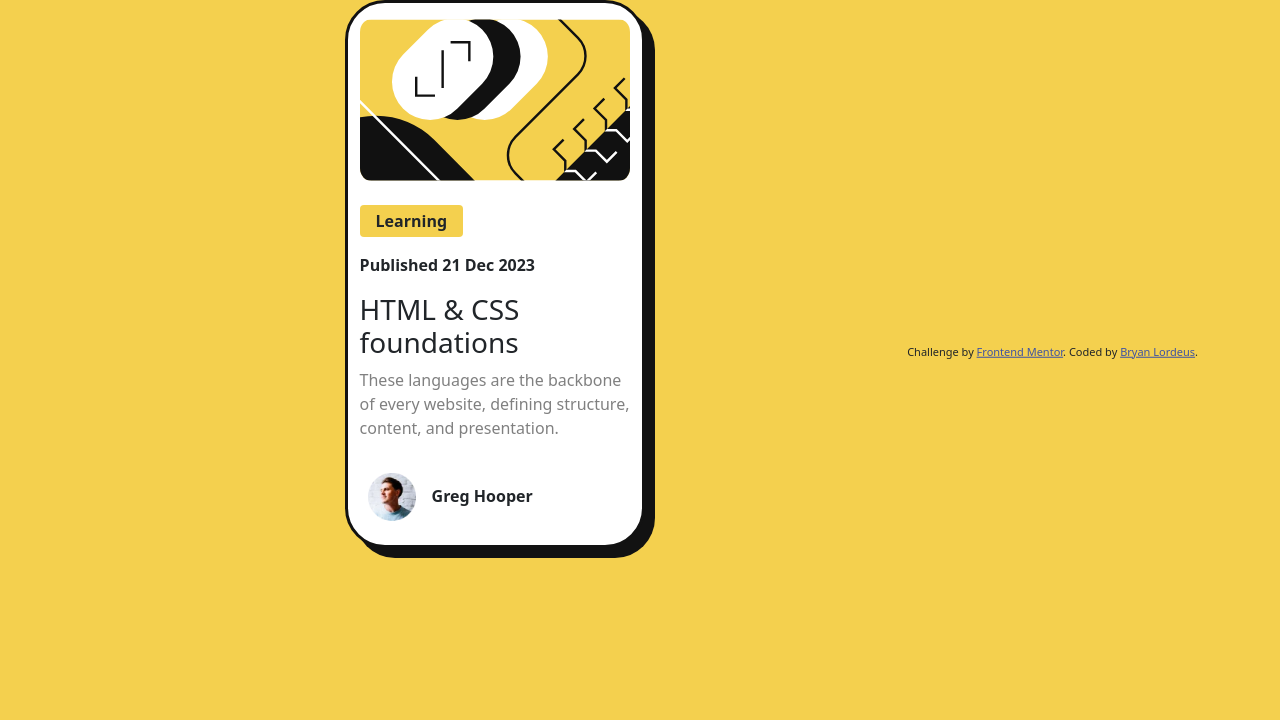
Repository: blordeus/blog-preview-card
Page: index.html
The author's editor kept a copy of each file at every save. The page is drawn from the files as they stood at one save, then again after a run of saves.
The browser window is 1280 px wide. The pictures show the whole page.
The style sheet was rebuilt from its Sass, Less or Tailwind sources for each picture, by a compiler version that may differ from the author's.

Above is the page before, as saved 2024-02-10 11:44:15.

### index.html
<!DOCTYPE html>
<html lang="en">
<head>
  <meta charset="UTF-8">
  <meta name="viewport" content="width=device-width, initial-scale=1.0"> <!-- displays site properly based on user's device -->

  <link rel="icon" type="image/png" sizes="32x32" href="./assets/images/favicon-32x32.png">
  <link rel="stylesheet" href="style.css">
  <link href="https://cdn.jsdelivr.net/npm/bootstrap@5.1.3/dist/css/bootstrap.min.css" rel="stylesheet" integrity="sha384-1BmE4kWBq78iYhFldvKuhfTAU6auU8tT94WrHftjDbrCEXSU1oBoqyl2QvZ6jIW3" crossorigin="anonymous">
  <title>Frontend Mentor | Blog preview card</title>

</head>
<body class="yellow-bg container">
<main class=" white-bg black-shadow row justify-content-center align-items-center mx-auto py-3">
      <img class="img-header rounded-edges" src="assets\images\illustration-article.svg" alt="header image">
      <div class="mt-4">
        <p class="yellow-bg d-inline-block px-3 py-1 rounded fw-bold">Learning</p>
      </div>
      <p class="fw-bold">Published 21 Dec 2023</p>
      <h1 class="h3">HTML & CSS foundations</h1>
      <p class="grey-text">These languages are the backbone of every website, defining structure, content, and presentation.</p>

      <div class="d-flex gap-2 pt-2 align-items-center">
        <img class="greg" src="assets\images\image-avatar.webp" alt="author image">
        <p class="mt-3 fw-bold">Greg Hooper</p>
      </div>

</main>
<div class="attribution d-none d-sm-block translate-middle-y">
    Challenge by <a href="https://www.frontendmentor.io?ref=challenge" target="_blank">Frontend Mentor</a>.
    Coded by <a href="www.bryanlordeus.com">Bryan Lordeus</a>.
  </div>
</body>
</html>

### style.scss
@font-face {
    font-family: Figtree;
    src: url(./assets/fonts/Figtree-VariableFont_wght.ttf);
}

@font-face {
    font-family: Figtree-Italic;
    src: url(./assets/fonts/Figtree-Italic-VariableFont_wght.ttf) format("truetype");
    font-style: italic;
}

// Primary

$Yellow: hsl(47, 88%, 63%);

// Neutral

$White: hsl(0, 0%, 100%);
$Grey: hsl(0, 0%, 50%);
$Black: hsl(0, 0%, 7%);

//reset

* {
    margin: 0;
    padding: 0;
    box-sizing: border-box;
}

body {
    font-family: Figtree;
    //100vh
    height: 100vh;
    display: flex;
    justify-content: center;
    align-items: center;
    background-color: $Black;
    color: $White;

}

main{
    border-radius: 10px;
    //translate vertically to center of screen
}

.rounded-edges {
    border-radius: 5%;
}

p {
    font-size: 16px;
}


.yellow-bg {
    background-color: $Yellow;

}

.black-bg {
    background-color: $Black;
}

//create a black shadow for the box that offsets to the right and bottom

.black-shadow {
    box-shadow: 10px 10px 0px $Black;
    border: 2px solid $Black;
}

.grey-text {
    color: $Grey;
}

.white-bg {
    background-color: $White;
}

.black-text {
    color: $Black;
}

.greg {
    scale: 0.75;
}

.attribution { font-size: 11px; text-align: center; }
.attribution a { color: hsl(228, 45%, 44%); }

//media query for desktop

@media (min-width: 768px) {
    .black-shadow {
        box-shadow: 10px 10px 0px $Black;
        border: 3px solid $Black;
    }

    //reduce main box size and center it to screen

    main {
        border-radius: 40px;
        max-width: 300px;
        //translate box to center of screen
        margin: auto;
    }

    .rounded-edges {
        border-radius: 8%;
    }

}

After the next 4 saves:
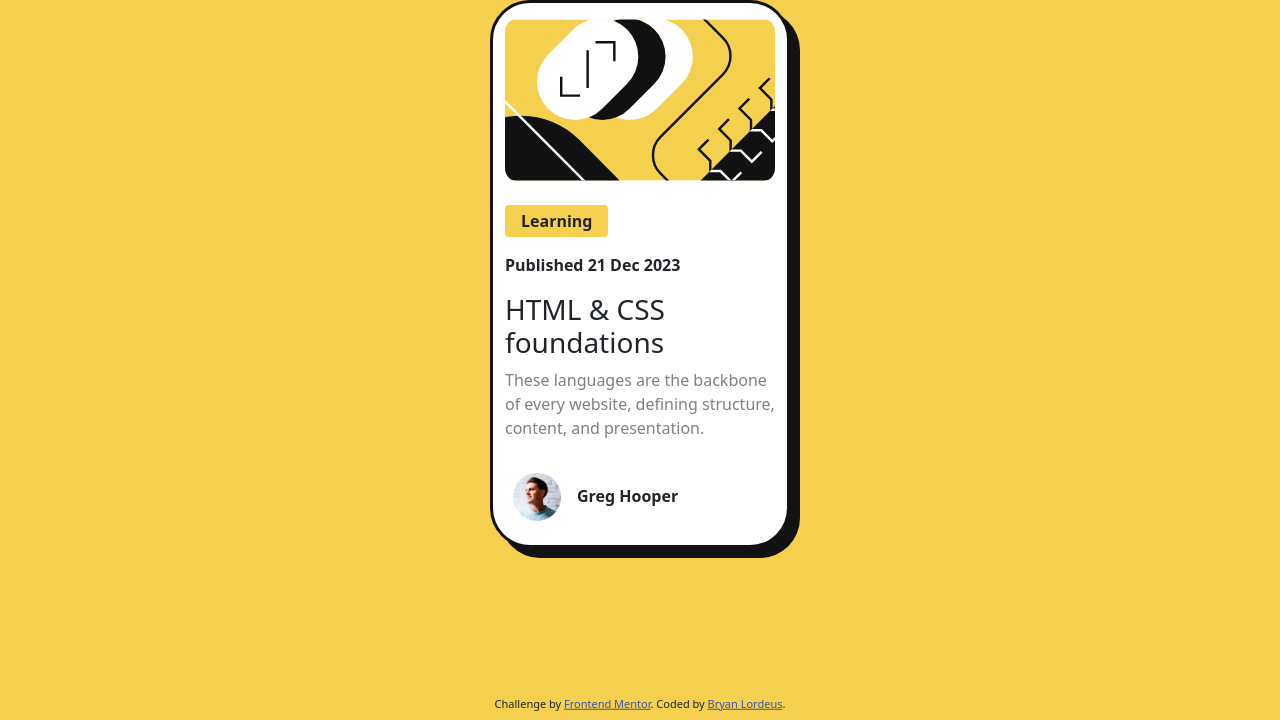
The 4 saves are shown as one change because they came seconds apart.
The last was saved 13 s later.
--- a/style.scss
+++ b/style.scss
@@ -32,11 +32,9 @@ body {
     //100vh
     height: 100vh;
     display: flex;
+    flex-direction: column;
     justify-content: center;
     align-items: center;
-    background-color: $Black;
-    color: $White;
-
 }
 
 main{
